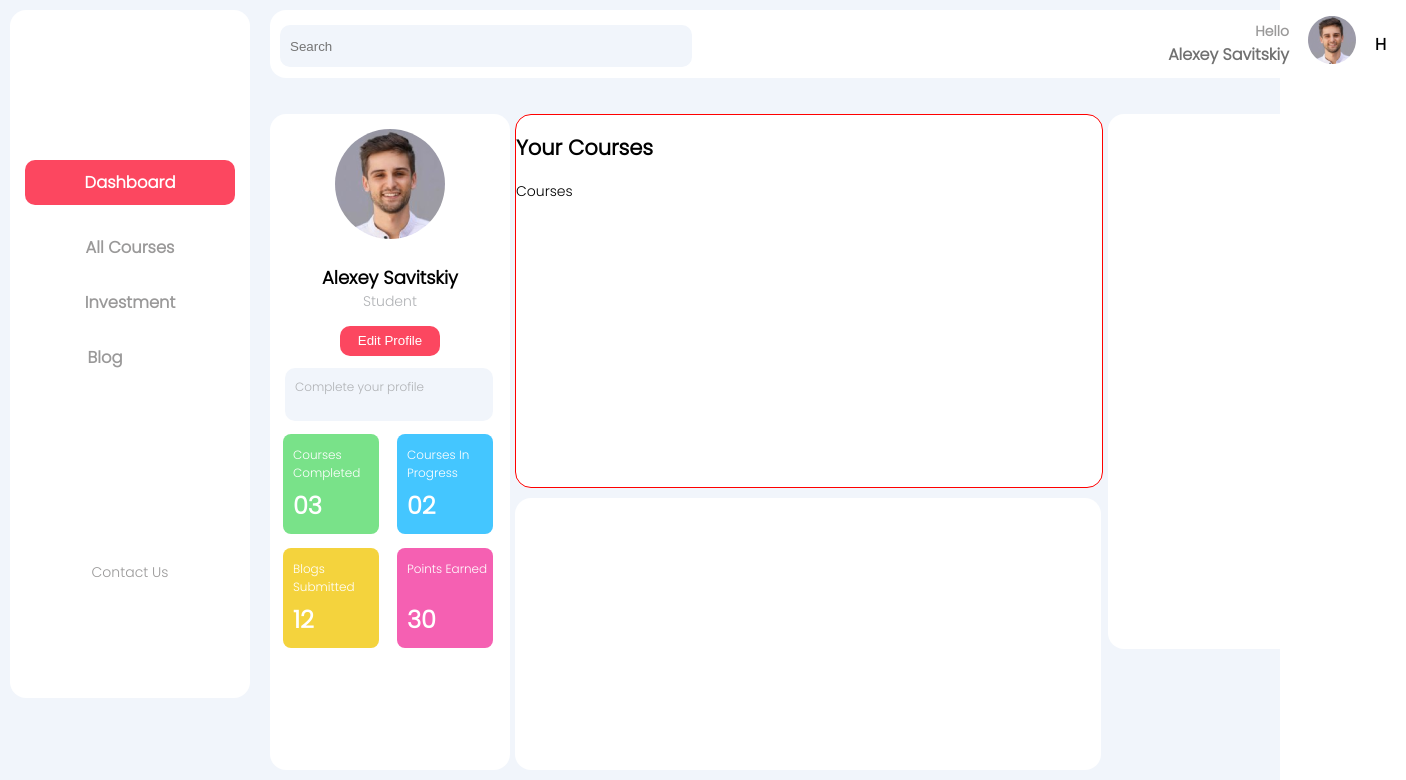
Repository: Anuruddha00/dashboard-design
Page: /
An editor plug-in stored every save of this project. The page is shown before and after the next save, followed by the edit.
The browser window is 1280 px wide. The page is 1401 px wide, then 1406 px, then 1401 px, so the pictures cover 1406 px, including what lies to the right of the window. The pictures show the whole page.
The project was rebuilt for these pictures with package versions that can differ from the ones it lists, and the page was loaded fresh each time.

Above is the page before, as saved 2021-05-07 17:41:02.

### public/index.html
<!DOCTYPE html>
<html lang="en">
  <head>
    <meta charset="utf-8" />
    <link rel="icon" href="%PUBLIC_URL%/favicon.ico" />
    <meta name="viewport" content="width=device-width, initial-scale=1" />
    <meta name="theme-color" content="#000000" />
    <meta
      name="description"
      content="Web site created using create-react-app"
    />
    <link rel="apple-touch-icon" href="%PUBLIC_URL%/logo192.png" />

    <link rel="preconnect" href="https://fonts.gstatic.com">
    <link href="https://fonts.googleapis.com/css2?family=Poppins:wght@300&display=swap" rel="stylesheet">

    <!--
      manifest.json provides metadata used when your web app is installed on a
      user's mobile device or desktop. See https://developers.google.com/web/fundamentals/web-app-manifest/
    -->
    <link rel="manifest" href="%PUBLIC_URL%/manifest.json" />
    <!--
      Notice the use of %PUBLIC_URL% in the tags above.
      It will be replaced with the URL of the `public` folder during the build.
      Only files inside the `public` folder can be referenced from the HTML.

      Unlike "/favicon.ico" or "favicon.ico", "%PUBLIC_URL%/favicon.ico" will
      work correctly both with client-side routing and a non-root public URL.
      Learn how to configure a non-root public URL by running `npm run build`.
    -->
    <title>React App</title>
  </head>
  <body>
    <noscript>You need to enable JavaScript to run this app.</noscript>
    <div id="root"></div>
    <!--
      This HTML file is a template.
      If you open it directly in the browser, you will see an empty page.

      You can add webfonts, meta tags, or analytics to this file.
      The build step will place the bundled scripts into the <body> tag.

      To begin the development, run `npm start` or `yarn start`.
      To create a production bundle, use `npm run build` or `yarn build`.
    -->
  </body>
</html>

### src/index.js
import React from 'react';
import ReactDOM from 'react-dom';
import Dashboard from './containers/Dashboard/Dashboard';
import reportWebVitals from './reportWebVitals';

ReactDOM.render(
  <React.StrictMode>
    <Dashboard />
  </React.StrictMode>,
  document.getElementById('root')
);

// If you want to start measuring performance in your app, pass a function
// to log results (for example: reportWebVitals(console.log))
// or send to an analytics endpoint. Learn more: https://bit.ly/CRA-vitals
reportWebVitals();

### src/containers/Dashboard/Dashboard.js
import React from 'react';
import './Dashboard.scss';

const dashboard = () =>{

    return(
        <div className='container'>
            <div className='dashboard'>
                <div className='dashboardSideBar'>
                   <div className='dashboardSideBarTitle'>
                        <h3 className='dashboardSideBarTitleDashboard'>Dashboard</h3>
                        <h3 className='dashboardSideBarTitleCourses'>All Courses</h3>
                        <h3 className='dashboardSideBarTitleInvestment'>Investment</h3>
                        <h3 className='dashboardSideBarTitleBlog'>Blog</h3>
                   </div>
                   <div className='dashboardSideBarContact'>
                        <p>Contact Us</p>
                   </div>
                </div>
                <div className='dashboardMenu'>
                    <section className='content'>
                        <nav className='contentNavbar'>
                            <div className='contentNavbarSearch'>
                                <form>
                                    <input type='text' placeholder='Search'/>
                                </form>
                            </div>
                            <div className='contentNavbarProfile'>
                                <div className='contentNavbarProfileName'>
                                    <h3>Hello</h3>
                                    <h2>Alexey Savitskiy</h2>
                                </div>
                                <img src='./assets/Image 9.png'/>
                                <h1>H</h1>
                            </div>
                        </nav>

                        <div className='contentBody'>
                            <section className='details'>
                                <div className='detailsAbout'>
                                    <div className='detailsAboutProfile'>
                                        <img src='./assets/Image 12.png'/>
                                        <h3>Alexey Savitskiy</h3>
                                        <p>Student</p>
                                        <button>Edit Profile</button>
                                    </div>
                                    <div className='detailsAboutComplete'>
                                        <p>Complete your profile</p>
                                    </div>
                                    <div className='detailsAboutProgress'>
                                        <div className='detailsAboutProgressCompleted'>
                                            <p>Courses Completed</p>
                                            <h1>03</h1>
                                        </div>
                                        <div className='detailsAboutProgressContinue'>
                                            <p>Courses In Progress</p>
                                            <h1>02</h1>
                                        </div>
                                        <div className='detailsAboutProgressBlogs'>
                                            <p>Blogs Submitted</p>
                                            <h1>12</h1>
                                        </div>
                                        <div className='detailsAboutProgressPoints'>
                                            <p>Points Earned</p>
                                            <h1>30</h1>
                                        </div>
                                    </div>
                                </div>
                            </section>

                            <section className='view'>
                                <section className='courses'>
                                    <nav className='coursesNavbar'>
                                        <h2>Your Courses</h2>
                                        <p className=''>Courses</p>
                                    </nav>
                                </section>
                                <section className='blog'>

                                </section>
                            </section>

                            <section className='notification'>
                                <div className='notificationBar'>

                                </div>
                            </section>
                        </div>
                   </section>
                </div>
            </div>
        </div>
    )

}
export default dashboard;

### src/containers/Dashboard/Dashboard.scss

body{
    margin: 0;
    padding: 0;
    font-size: 0.875rem;
    font-family: 'Poppins', sans-serif;

}

.container{
    background: #f1f5fb;
    height: 100%;
    width: 100%;

    .dashboard{
        display: grid;
        grid-template-columns: 1fr 4fr;
        grid-auto-rows: minmax(100px, auto);

        &SideBar{
            grid-column: 1;
            grid-row: 1 / 6;
            border-radius: 16px;
            background: #ffffff;
            margin: 10px;
            height: 688px;
            width: 240px;

            &Title{
                margin-top: 150px;
                font-size: 14px;

                &Dashboard{
                    background:#fc4760;
                    border-radius: 10px;
                    text-align: center;
                    padding: 10px 10px 10px 10px;
                    margin: 10px 15px 10px 15px;
                    color: #ffffff;

                }
                &Courses{
                    text-align: center;
                    margin-top: 30px;
                    color: #9a9999;
                }
                &Investment{
                    text-align: center;
                    margin-top: 30px;
                    color: #9a9999;
                }
                &Blog{
                    text-align: center;
                    margin-top: 30px;
                    margin-right: 50px;
                    color: #9a9999;
                }
            }
            &Contact{
                margin-top: 80%;

                p{
                    text-align: center;
                    color: #9a9999;
                    font-size: 14px;
                }

            }
        }
        &Menu{
            grid-column: 2;
            grid-row: 1 / 6;
            margin: 10px;

            .content{
                display: grid;
                grid-template-rows:1fr 7fr ;
                gap:10px;

                &Navbar{
                    display: grid;
                    grid-template-columns: 1fr 1fr;

                    background: #ffffff;
                    border-radius: 16px;
                    height: 68px;

                    &Search{

                        input{
                            background: #f1f5fb;
                            border-style: none;
                            padding-left: 10px;
                            width: 400px;
                            height: 40px;
                            margin: 15px 0 0 10px;
                            border-radius: 10px;

                        }
                    }
                    &Profile{
                        display: flex;
                        flex-direction: row;
                        justify-content: flex-end;
                        gap: 1em;
                        margin-right: 15px;
                        align-items: center;
                        height: 68px;

                        &Name{
                            text-align: end;
                            margin-top: 0;

                            h3{
                                color: #9a9999;
                                margin: 0;
                                font-size: 14px;
                            }
                            h2{
                                margin: 0;
                                font-size: 16px;
                                color: #707070;
                            }
                        }
                    }
                }
                &Body{
                    display: grid;
                    grid-template-columns: 2fr 5fr 3fr;
                    position: relative;

                    .details{
                        border-radius: 16px;
                        background: #ffffff;


                        &About{
                            height:555px;
                            width: 240px;

                            &Profile{
                                text-align: center;
                                margin-top: 15px;


                                h3{
                                    font-size: 18px;
                                    margin: 0;
                                }
                                p{
                                    color: #b0b2b5;
                                    margin-top: 0;
                                }
                                button{
                                    border-style: none;
                                    border-radius: 10px;
                                    width: 100px;
                                    height: 30px;
                                    color: #ffffff;
                                    background: #fc4760;

                                }
                            }
                            &Complete{
                                background: #f1f5fb;
                                border-radius: 10px;
                                color: #b0b2b5;
                                height: 53px;
                                width: 208px;
                                font-size: 12px;
                                margin-left: 15px;

                                p{
                                    padding-left: 10px;
                                    padding-top: 10px;
                                }
                            }
                            &Progress{
                                display: grid;
                                grid-template-columns: 1fr 1fr;
                                margin: 13px;
                                gap: 1em;
                                color: #ffffff;

                                p{
                                    font-size: 12px;
                                    padding-left: 10px;
                                }


                                &Completed{
                                    background: #79e289;
                                    border-radius: 8px;
                                    width: 96px;
                                    height: 100px;
                                    position: relative;

                                    h1{
                                        font-size: 24px;
                                        position: absolute;
                                        left: 10px;
                                        top: 30px;
                                    }

                                }
                                &Continue{
                                    background:  #44c6ff;
                                    border-radius: 8px;
                                    width: 96px;
                                    height: 100px;
                                    position: relative;

                                    h1{
                                        font-size: 24px;
                                        position: absolute;
                                        left: 10px;
                                        top: 30px;
                                    }

                                }
                                &Blogs{
                                    background:  #f4d33d;
                                    border-radius: 8px;
                                    width: 96px;
                                    height: 100px;
                                    position: relative;

                                    h1{
                                        font-size: 24px;
                                        position: absolute;
                                        left: 10px;
                                        top: 30px;
                                    }
                                }
                                &Points{
                                    background: #f560b2;
                                    border-radius: 8px;
                                    width: 96px;
                                    height: 100px;
                                    position: relative;

                                    h1{
                                        font-size: 24px;
                                        position: absolute;
                                        left: 10px;
                                        top: 30px;
                                    }
                                }
                            }
                        }
                    }
                    .view{
                        margin-left: 5px;

                        .courses{
                            border: 1px solid red;
                            width: 586px;
                            height: 372px;
                            border-radius: 16px;
                            background: #ffffff;
                            position: relative;
                        }

                        .blog{
                            width: 586px;
                            height: 272px;
                            border-radius: 16px;
                            background: #ffffff;
                            margin-top: 10px;

                        }
                    }
                    .notification{
                        margin-left: 5px;

                        &Bar{
                            background: #ffffff;
                            width: 293px;
                            height: 535px;
                            border-radius: 16px;
                        }
                    }
                }
            }
        }
    }
}

Loaded but not shown: src/reportWebVitals.js (common file)

After the next save:
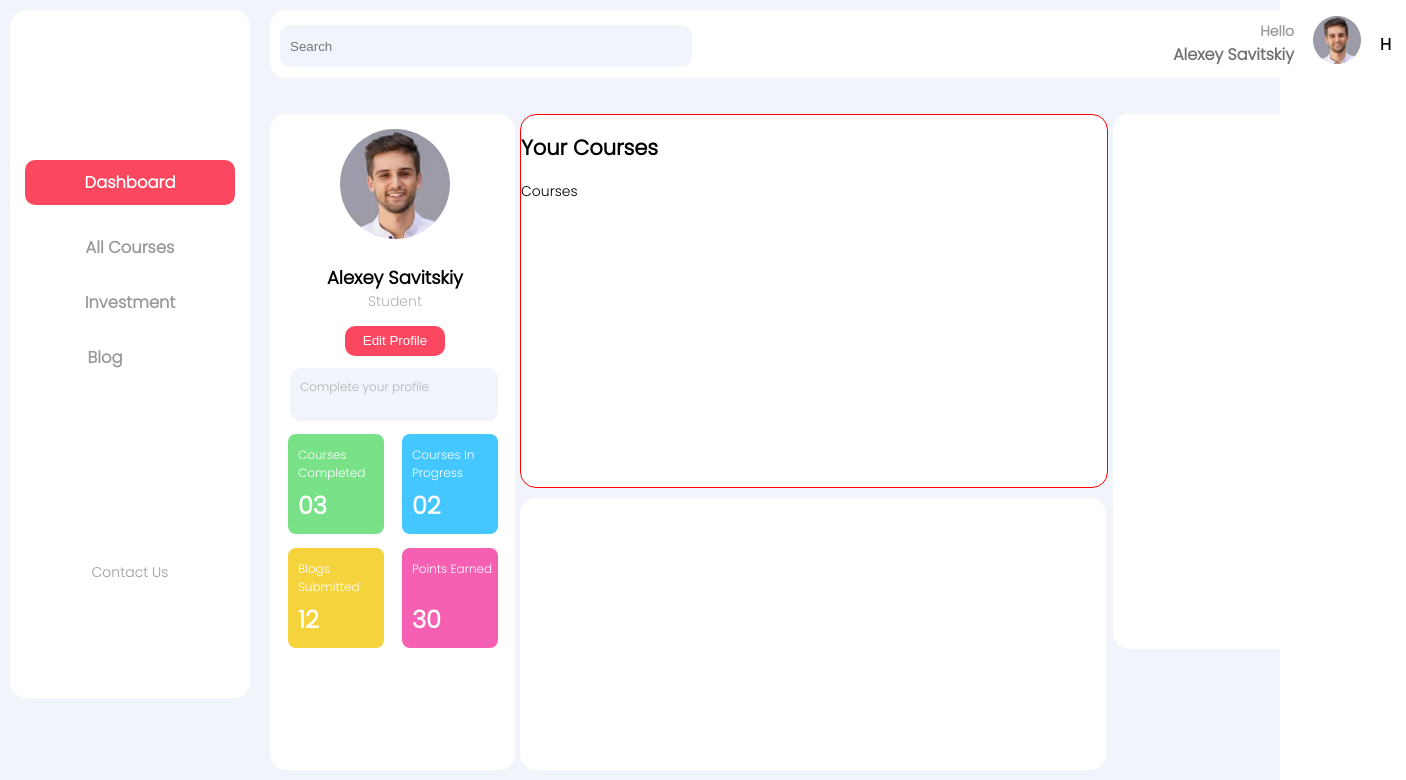
Saved 67 s later.
--- a/src/containers/Dashboard/Dashboard.scss
+++ b/src/containers/Dashboard/Dashboard.scss
@@ -137,6 +137,7 @@
                         &About{
                             height:555px;
                             width: 240px;
+                            margin-left: 5px;
 
                             &Profile{
                                 text-align: center;

After the save that followed:
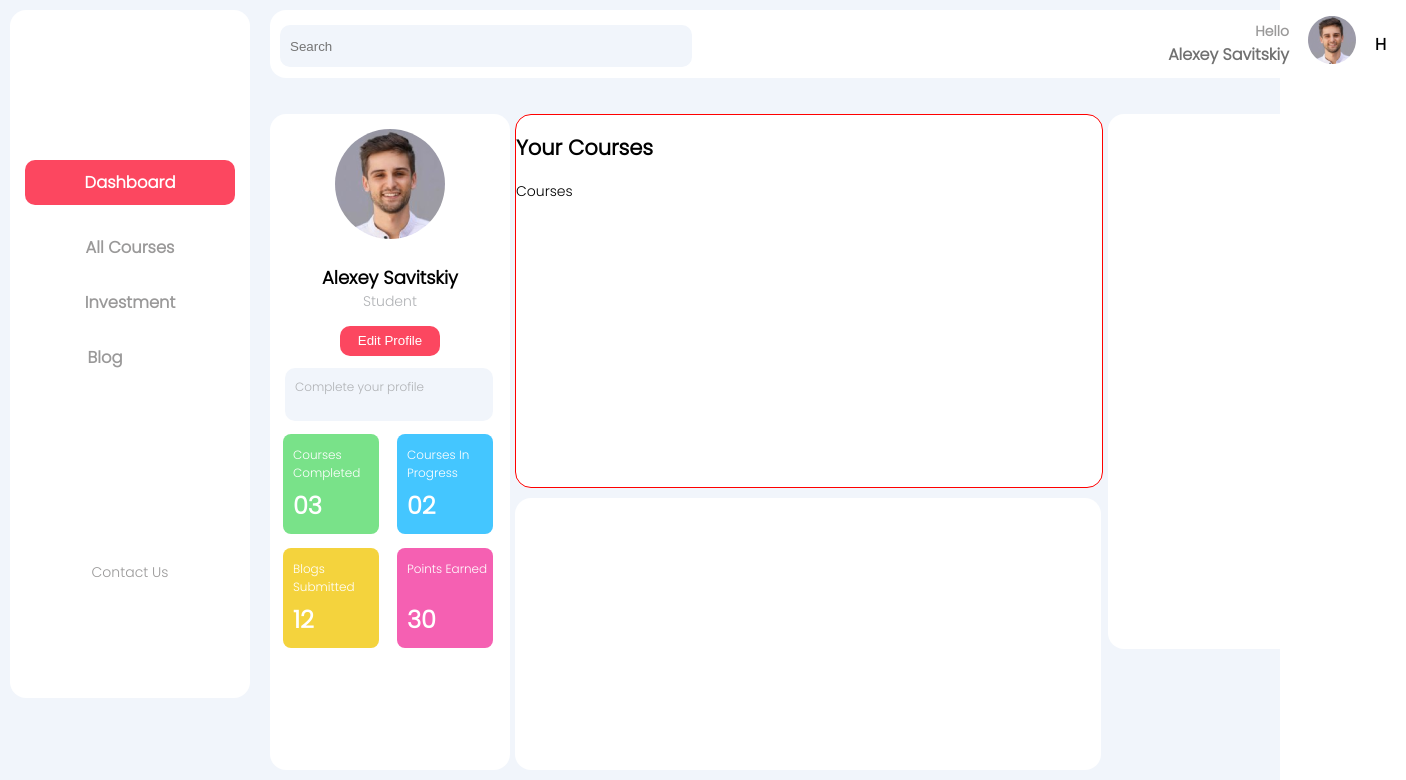
Saved 5 s later.
--- a/src/containers/Dashboard/Dashboard.scss
+++ b/src/containers/Dashboard/Dashboard.scss
@@ -137,7 +137,6 @@
                         &About{
                             height:555px;
                             width: 240px;
-                            margin-left: 5px;
 
                             &Profile{
                                 text-align: center;
